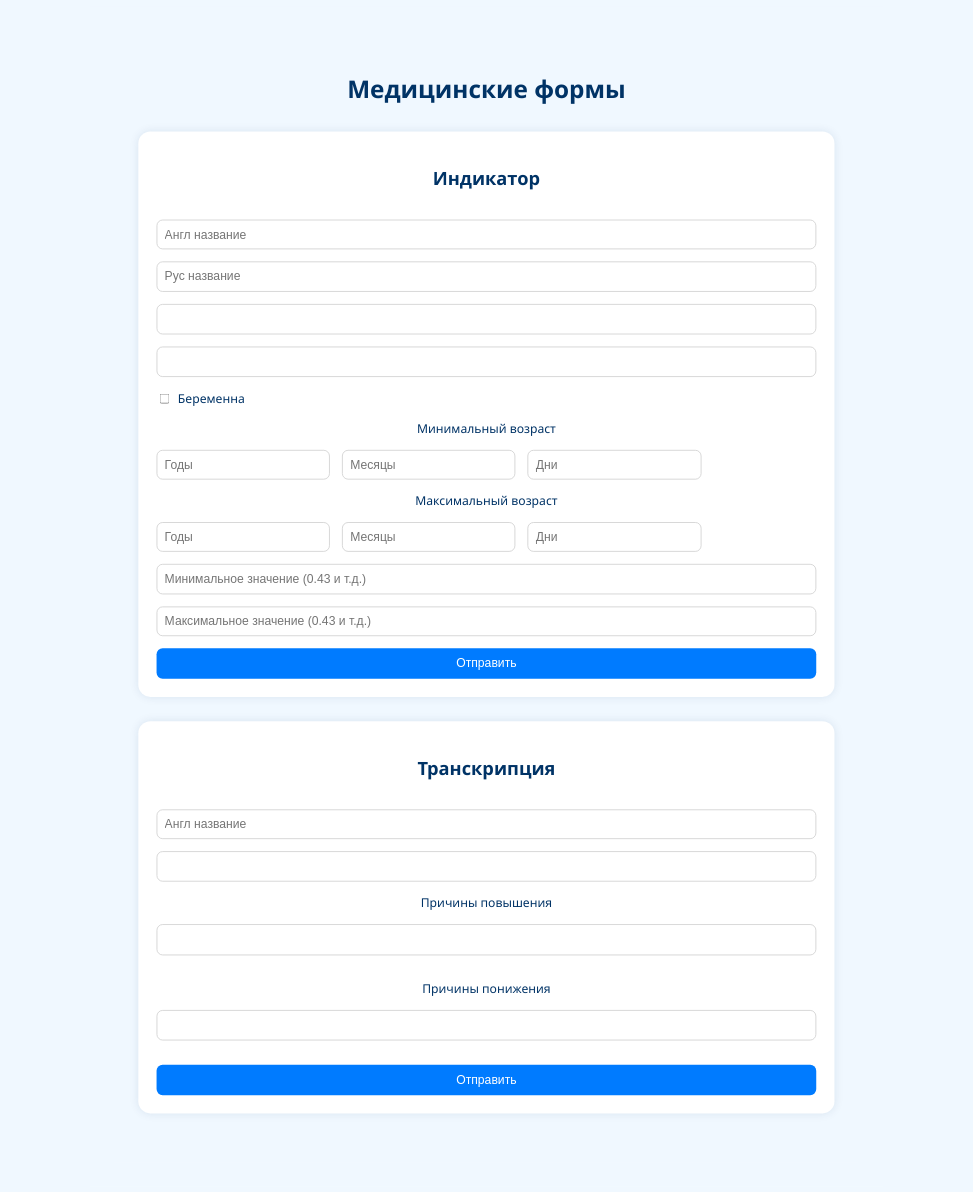
Repository: GGlebux/Transay
Page: / (app in frontend/)
These files come from the project's save history. The page is drawn as it stood at one moment and after the next save; the edit follows.
The browser window is 1280 px wide. The pictures show the whole page, at 76% of full size.
The project was rebuilt for these pictures with package versions that can differ from the ones it lists, and the page was loaded fresh each time. Also part of the build but not shown: frontend/vite.config.ts.

Above is the page before, as saved 2025-08-04 16:26:41.

### frontend/src/index.css
:root {
  font-family: system-ui, Avenir, Helvetica, Arial, sans-serif;
  line-height: 1.5;
  font-weight: 400;
  background-color: #f0f8ff;
  color-scheme: light dark;
  color: rgba(255, 255, 255, 0.87);


  font-synthesis: none;
  text-rendering: optimizeLegibility;
  -webkit-font-smoothing: antialiased;
  -moz-osx-font-smoothing: grayscale;
}

input, select {
  background: #ffffff;
  color: rgba(137, 139, 139, 0);
}

### frontend/src/App.tsx
import './styles/forms.css';
import IndicatorForm from './components/IndicatorForm';
import TranscriptForm from './components/TranscriptForm';

function App() {
  return (
    <div className="container">
      <h1>Медицинские формы</h1>
      <IndicatorForm />
      <TranscriptForm />
    </div>
  );
}

export default App;

### frontend/src/styles/forms.css
#root {
  max-width: 980px;
  margin: 0 auto;
  padding: 2rem;
  text-align: center;
  background-color: #f0f8ff;
}



.container {
  padding: 2rem;
  background-color: #f0f8ff;
  color: #003366;
  font-family: 'Segoe UI', sans-serif;
}

h1 {
  text-align: center;
  margin-bottom: 2rem;
}

.form-card {
  background: white;
  padding: 1.5rem;
  border-radius: 1rem;
  box-shadow: 0 0 12px rgba(0, 51, 102, 0.1);
  margin-bottom: 2rem;
  display: flex;
  flex-direction: column;
  gap: 1rem;
}

input,
select {
  padding: 0.6rem;
  border: 1px solid #ccc;
  border-radius: 8px;
  font-size: 1rem;
}

button {
  background-color: #007bff;
  color: white;
  border: none;
  padding: 0.7rem 1.5rem;
  font-size: 1rem;
  border-radius: 8px;
  cursor: pointer;
  transition: background 0.3s ease;
}

button:hover {
  background-color: #0056b3;
}

.age-row {
  display: flex;
  gap: 1rem;
}

.checkbox {
  display: flex;
  align-items: center;
  gap: 0.5rem;
}

.tag-container {
  display: flex;
  flex-wrap: wrap;
  gap: 0.5rem;
}

.tag {
  background-color: #e6f0ff;
  border: 1px solid #007bff;
  color: #003366;
  padding: 0.4rem 0.8rem;
  border-radius: 20px;
  display: flex;
  align-items: center;
  gap: 0.5rem;
}

.tag button {
  background: none;
  border: none;
  font-size: 1.2rem;
  color: #007bff;
  cursor: pointer;
}

### frontend/src/components/IndicatorForm.tsx
import { useState, useEffect } from 'react';

const genders = ['male', 'female', 'both'];

function IndicatorForm() {
  const [units, setUnits] = useState<string[]>([]);

  useEffect(() => {
    // Заменить на свой API
    setUnits(['mg/L', 'mmol/L', 'g/dL']);
  }, []);

  return (
    <form className="form-card">
      <h2>Индикатор</h2>
      <input placeholder="Англ название" />
      <input placeholder="Рус название" />

      <select>
        <option>Выбери единицу измерения</option>
        {units.map((u) => (
          <option key={u}>{u}</option>
        ))}
      </select>

      <select>
        {genders.map((g) => (
          <option key={g} value={g}>
            {g}
          </option>
        ))}
      </select>

      <label className="checkbox">
        <input type="checkbox" />
        Беременна
      </label>

      <label>Минимальный возраст</label>
      <div className="age-row">
        <input placeholder="Годы" type="number" />
        <input placeholder="Месяцы" type="number" />
        <input placeholder="Дни" type="number" />
      </div>

      <label>Максимальный возраст</label>
      <div className="age-row">
        <input placeholder="Годы" type="number" />
        <input placeholder="Месяцы" type="number" />
        <input placeholder="Дни" type="number" />
      </div>

      <input placeholder="Минимальное значение (0.43 и т.д.)" type="number" step="0.0001" />
      <input placeholder="Максимальное значение (0.43 и т.д.)" type="number" step="0.0001" />

      <button type="submit">Отправить</button>
    </form>
  );
}

export default IndicatorForm;

### frontend/src/components/TranscriptForm.tsx
import { useState } from 'react';

const genders = ['male', 'female', 'both'];
const exampleReasons = ['Стресс', 'Инфекция', 'Беременность', 'Физнагрузка'];

function TranscriptForm() {
  const [raiseReasons, setRaiseReasons] = useState<string[]>([]);
  const [lowerReasons, setLowerReasons] = useState<string[]>([]);

  const handleSelect = (type: 'raise' | 'lower', value: string) => {
    const set = type === 'raise' ? setRaiseReasons : setLowerReasons;
    const current = type === 'raise' ? raiseReasons : lowerReasons;
    if (!current.includes(value)) set([...current, value]);
  };

  const handleRemove = (type: 'raise' | 'lower', value: string) => {
    const set = type === 'raise' ? setRaiseReasons : setLowerReasons;
    const current = type === 'raise' ? raiseReasons : lowerReasons;
    set(current.filter((r) => r !== value));
  };

  return (
    <form className="form-card">
      <h2>Транскрипция</h2>

      <input placeholder="Англ название" />

      <select>
        {genders.map((g) => (
          <option key={g} value={g}>
            {g}
          </option>
        ))}
      </select>

      <label>Причины повышения</label>
      <select onChange={(e) => handleSelect('raise', e.target.value)}>
        <option>Выберите причину</option>
        {exampleReasons.map((r) => (
          <option key={r}>{r}</option>
        ))}
      </select>

      <div className="tag-container">
        {raiseReasons.map((r) => (
          <span key={r} className="tag">
            {r}
            <button type="button" onClick={() => handleRemove('raise', r)}>
              ×
            </button>
          </span>
        ))}
      </div>

      <label>Причины понижения</label>
      <select onChange={(e) => handleSelect('lower', e.target.value)}>
        <option>Выберите причину</option>
        {exampleReasons.map((r) => (
          <option key={r}>{r}</option>
        ))}
      </select>

      <div className="tag-container">
        {lowerReasons.map((r) => (
          <span key={r} className="tag">
            {r}
            <button type="button" onClick={() => handleRemove('lower', r)}>
              ×
            </button>
          </span>
        ))}
      </div>

      <button type="submit">Отправить</button>
    </form>
  );
}

export default TranscriptForm;

Loaded but not shown: frontend/index.html (common file); frontend/src/main.tsx (common file)

After the next save:
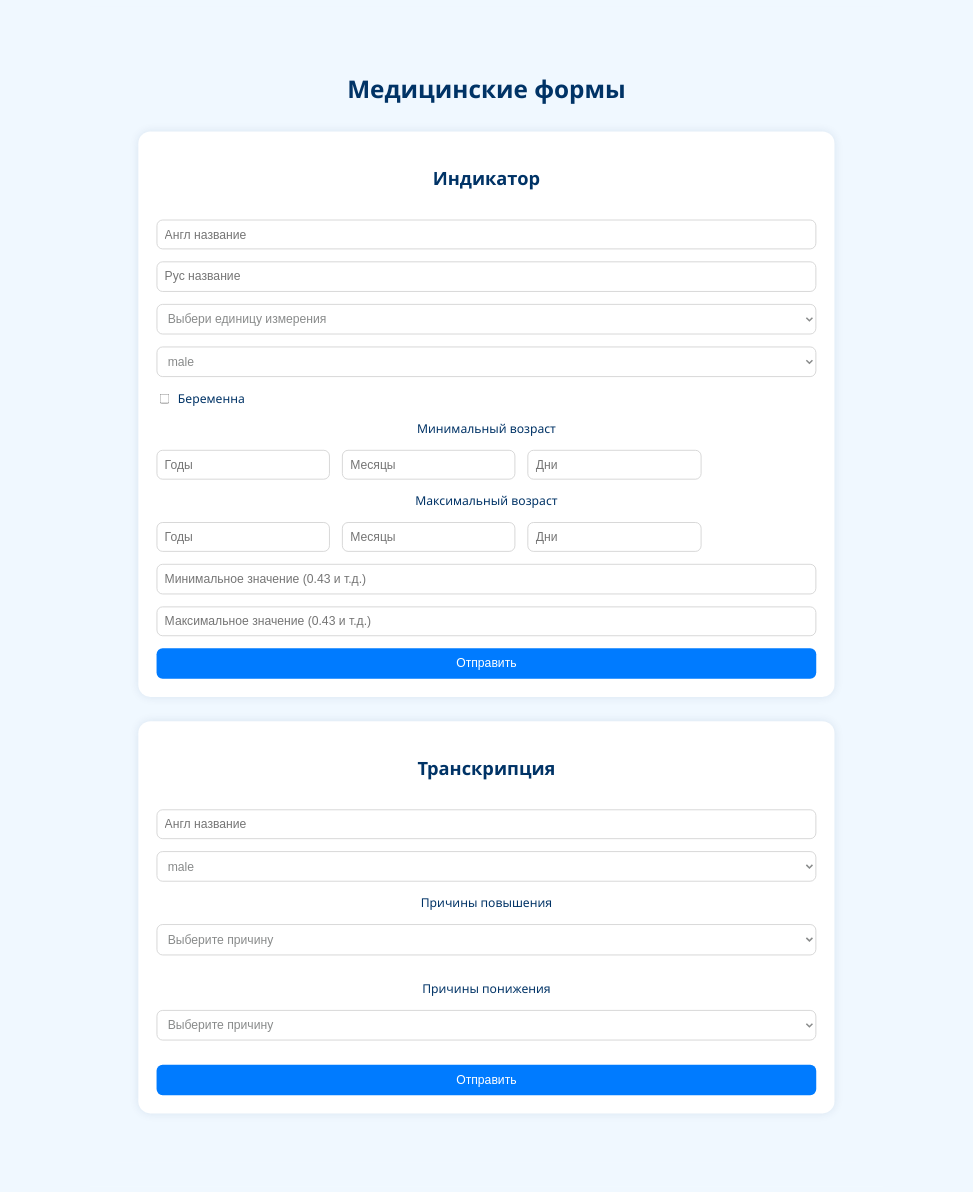
Saved 6 s later.
--- a/frontend/src/index.css
+++ b/frontend/src/index.css
@@ -15,5 +15,5 @@
 
 input, select {
   background: #ffffff;
-  color: rgba(137, 139, 139, 0);
+  color: rgb(137, 139, 139);
 }
